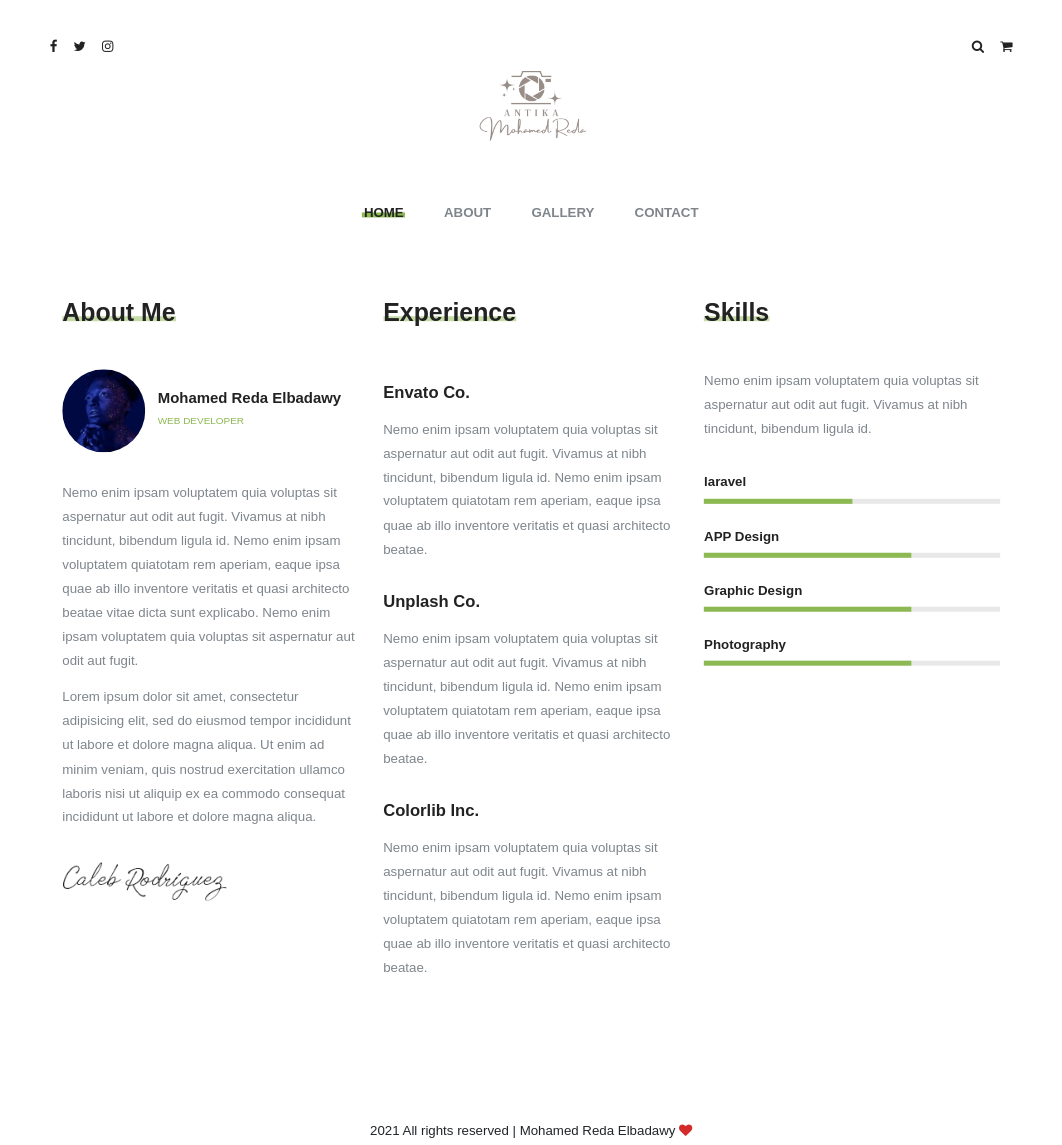
Repository: mohamedelbadawi/Simple-galley-using-laravel
Page: http://localhost/about
An editor plug-in stored every save of this project. The page is shown before and after the next save, followed by the edit.
The browser window is 1280 px wide. The pictures show the whole page, at 83% of full size.
The page is served by the project's Laravel application, run on PHP 8.4 with Laravel 8. Other server files are loaded and not shown.

Above is the page before, as saved 2021-09-02 00:28:03.

### Gallery/routes/web.php
<?php

use App\Http\Controllers\AlbumsController;
use App\Http\Controllers\ContactController;
use App\Http\Controllers\FrontController;
use App\Http\Controllers\PhotosController;
use Illuminate\Support\Facades\Auth;
use Illuminate\Support\Facades\Route;

/*
|--------------------------------------------------------------------------
| Web Routes
|--------------------------------------------------------------------------
|
| Here is where you can register web routes for your application. These
| routes are loaded by the RouteServiceProvider within a group which
| contains the "web" middleware group. Now create something great!
|
 */

Route::get('/', [FrontController::class, 'albumsIndex']);
Route::get('/home', [FrontController::class, 'albumsIndex'])->name('home');

Route::get('/gallery', [FrontController::class, 'galleryIndex'])->name('gallery');
Route::post('/contact', [ContactController::class, 'storeContact'])->name('contact.store');

Route::get('/about', function () {
    return view('gallery/about');
})->name('about');

Route::get('/contact', function () {
    return view('gallery/contact');
})->name('contact');
// Route::get('/blog', function () {
//     return view('gallery/blog');
// })->name('blog');

Route::prefix('admin')->group(function () {
    Auth::routes();
    Route::get('/dashboard', function () {
        return view('admin/dashboard');
    })->name('dashboard');
    Route::get('/albums/create', [AlbumsController::class, 'create'])->name('album.create');
    Route::get('/albums', [AlbumsController::class, 'index'])->name('album.index');
    Route::post('/albums/store', [AlbumsController::class, 'store'])->name('album.store');
    Route::get('album/{id}', [AlbumsController::class, 'showImages'])->name('album.show');
    Route::post('photos/upload/{id}', [PhotosController::class, 'upload'])->name('photos.upload');
    Route::get('/contacts', [ContactController::class, 'Contacts'])->name('contact.index');
});
Route::get('/admin', function () {
    return view('admin.Dashboard');
})->middleware('auth');

### Gallery/resources/views/gallery/about.blade.php
@extends('app')

@section('content')

    <!-- About Page -->
    <section class="about__page">
        <div class="container-fluid">
            <div class="row">
                <div class="col-lg-4">
                    <div class="about__text">
                        <h3 class="about__title">About Me</h3>
                        <div class="about__meta">
                            <img src="img/profile.jpg" alt="">
                            <div class="about__meta__info">
                                <h5>Mohamed Reda Elbadawy</h5>
                                <p>web developer</p>
                            </div>
                        </div>
                        <p>Nemo enim ipsam voluptatem quia voluptas sit aspernatur aut odit aut fugit. Vivamus at nibh
                            tincidunt, bibendum ligula id. Nemo enim ipsam voluptatem quiatotam rem aperiam, eaque ipsa quae
                            ab illo inventore veritatis et quasi architecto beatae vitae dicta sunt explicabo. Nemo enim
                            ipsam voluptatem quia voluptas sit aspernatur aut odit aut fugit.</p>
                        <p>Lorem ipsum dolor sit amet, consectetur adipisicing elit, sed do eiusmod tempor incididunt ut
                            labore et dolore magna aliqua. Ut enim ad minim veniam, quis nostrud exercitation ullamco
                            laboris nisi ut aliquip ex ea commodo consequat incididunt ut labore et dolore magna aliqua.</p>
                        <img src="img/signature.png" alt="">
                    </div>
                </div>
                <div class="col-lg-4">
                    <div class="experience__text">
                        <h3 class="about__title">Experience</h3>
                        <div class="experience__item">
                            <h4>Envato Co.</h4>
                            <p>Nemo enim ipsam voluptatem quia voluptas sit aspernatur aut odit aut fugit. Vivamus at nibh
                                tincidunt, bibendum ligula id. Nemo enim ipsam voluptatem quiatotam rem aperiam, eaque ipsa
                                quae ab illo inventore veritatis et quasi architecto beatae.</p>
                        </div>
                        <div class="experience__item">
                            <h4>Unplash Co.</h4>
                            <p>Nemo enim ipsam voluptatem quia voluptas sit aspernatur aut odit aut fugit. Vivamus at nibh
                                tincidunt, bibendum ligula id. Nemo enim ipsam voluptatem quiatotam rem aperiam, eaque ipsa
                                quae ab illo inventore veritatis et quasi architecto beatae.</p>
                        </div>
                        <div class="experience__item">
                            <h4>Colorlib Inc.</h4>
                            <p>Nemo enim ipsam voluptatem quia voluptas sit aspernatur aut odit aut fugit. Vivamus at nibh
                                tincidunt, bibendum ligula id. Nemo enim ipsam voluptatem quiatotam rem aperiam, eaque ipsa
                                quae ab illo inventore veritatis et quasi architecto beatae.</p>
                        </div>
                    </div>
                </div>
                <div class="col-lg-4">
                    <div class="skills__text">
                        <h3 class="about__title">Skills</h3>
                        <p>Nemo enim ipsam voluptatem quia voluptas sit aspernatur aut odit aut fugit. Vivamus at nibh
                            tincidunt, bibendum ligula id. </p>
                        <div class="single-progress-item">
                            <h6>laravel</h6>
                            <div class="progress-bar-style" data-progress="50"></div>
                        </div>
                        <div class="single-progress-item">
                            <h6>APP Design</h6>
                            <div class="progress-bar-style" data-progress="70"></div>
                        </div>
                        <div class="single-progress-item">
                            <h6>Graphic Design</h6>
                            <div class="progress-bar-style" data-progress="70"></div>
                        </div>
                        <div class="single-progress-item">
                            <h6>Photography</h6>
                            <div class="progress-bar-style" data-progress="70"></div>
                        </div>
                    </div>
                </div>
            </div>
        </div>
    </section>
    <!-- About Page end -->

@endsection

### Gallery/resources/views/app.blade.php
<!DOCTYPE html>
<html lang="zxx">

<head>
    <title>Boto | Photography HTML Template</title>
    <meta charset="UTF-8">
    <meta name="description" content="Boto Photo Studio HTML Template">
    <meta name="keywords" content="photo, html">
    <meta name="viewport" content="width=device-width, initial-scale=1.0">
    <!-- Stylesheets -->
    <link rel="stylesheet" href="css/bootstrap.min.css" />
    <link rel="stylesheet" href="css/font-awesome.min.css" />
    <link rel="stylesheet" href="css/slicknav.min.css" />
    <link rel="stylesheet" href="css/fresco.css" />
    <link rel="stylesheet" href="css/slick.css" />

    <!-- Main Stylesheets -->
    <link rel="stylesheet" href="css/style.css" />


    <!--[if lt IE 9]>
  <script src="https://oss.maxcdn.com/html5shiv/3.7.2/html5shiv.min.js"></script>
  <script src="https://oss.maxcdn.com/respond/1.4.2/respond.min.js"></script>
 <![endif]-->

</head>

<body>
    <!-- Page Preloder -->
    <div id="preloder">
        <div class="loader"></div>
    </div>

    <!-- Header Section -->
    <header class="header">
        <div class="container-fluid">
            <div class="row">
                <div class="col-sm-4 col-md-3 order-2 order-sm-1">
                    <div class="header__social">
                        <a href="#"><i class="fa fa-facebook"></i></a>
                        <a href="#"><i class="fa fa-twitter"></i></a>
                        <a href="#"><i class="fa fa-instagram"></i></a>
                    </div>
                </div>
                <div class="col-sm-4 col-md-6 order-1  order-md-2 text-center">
                    <a href="./index.html" class="site-logo">
                        <img src="img/logo.png" class="m-0" style="width: 180px; height:180px" alt="">
                    </a>
                </div>
                <div class="col-sm-4 col-md-3 order-3 order-sm-3">
                    <div class="header__switches">
                        <a href="#" class="search-switch"><i class="fa fa-search"></i></a>
                        <a href="#" class="nav-switch"><i class="fa fa-bars"></i></a>
                        <a href="#"><i class="fa fa-shopping-cart"></i></a>
                    </div>
                </div>
            </div>
            <nav class="main__menu">
                <ul class="nav__menu">
                    <li><a href="{{ route('home') }}" class="menu--active">Home</a></li>
                    <li><a href="{{ route('about') }}">About</a></li>
                    <li><a href="{{ route('gallery') }}">Gallery</a></li>
                    {{-- <li><a href="{{ route('blog') }}">Blog</a> --}}
                    </li>
                    <li><a href="{{ route('contact') }}">Contact</a></li>
                </ul>
            </nav>
        </div>
    </header>
    @yield('content')
    <footer class="footer__section">
        <div class="container">
            <div class="footer__copyright__text">
                <script>
                    document.write(new Date().getFullYear());
                </script> All rights reserved | Mohamed Reda Elbadawy <i class="fa fa-heart"
                    aria-hidden="true"></i>
            </div>
        </div>
    </footer>
    <!-- Footer Section end -->

    <!-- Search Begin -->
    <div class="search-model">
        <div class="h-100 d-flex align-items-center justify-content-center">
            <div class="search-close-switch">+</div>
            <form class="search-model-form">
                <input type="text" id="search-input" placeholder="Search here.....">
            </form>
        </div>
    </div>
    <!-- Search End -->

    <!--====== Javascripts & Jquery ======-->
    <script src="js/vendor/jquery-3.2.1.min.js"></script>
    <script src="js/jquery.slicknav.min.js"></script>
    <script src="js/slick.min.js"></script>
    <script src="js/fresco.min.js"></script>
    <script src="js/main.js"></script>

</body>

</html>

Loaded but not shown: Gallery/app/Http/Controllers/Auth/ConfirmPasswordController.php (common file); Gallery/app/Http/Controllers/Controller.php (common file); Gallery/public/css/bootstrap.min.css (library); Gallery/public/css/font-awesome.min.css (library); Gallery/public/css/slicknav.min.css (common file); Gallery/public/css/slick.css (common file); Gallery/public/js/jquery.slicknav.min.js (library); Gallery/public/js/slick.min.js (library); Gallery/public/js/fresco.min.js (library); Gallery/public/js/main.js (161 lines, source omitted); Gallery/public/css/fresco.css (1616 lines, source omitted); Gallery/public/css/style.css (1195 lines, source omitted)

After the next save:
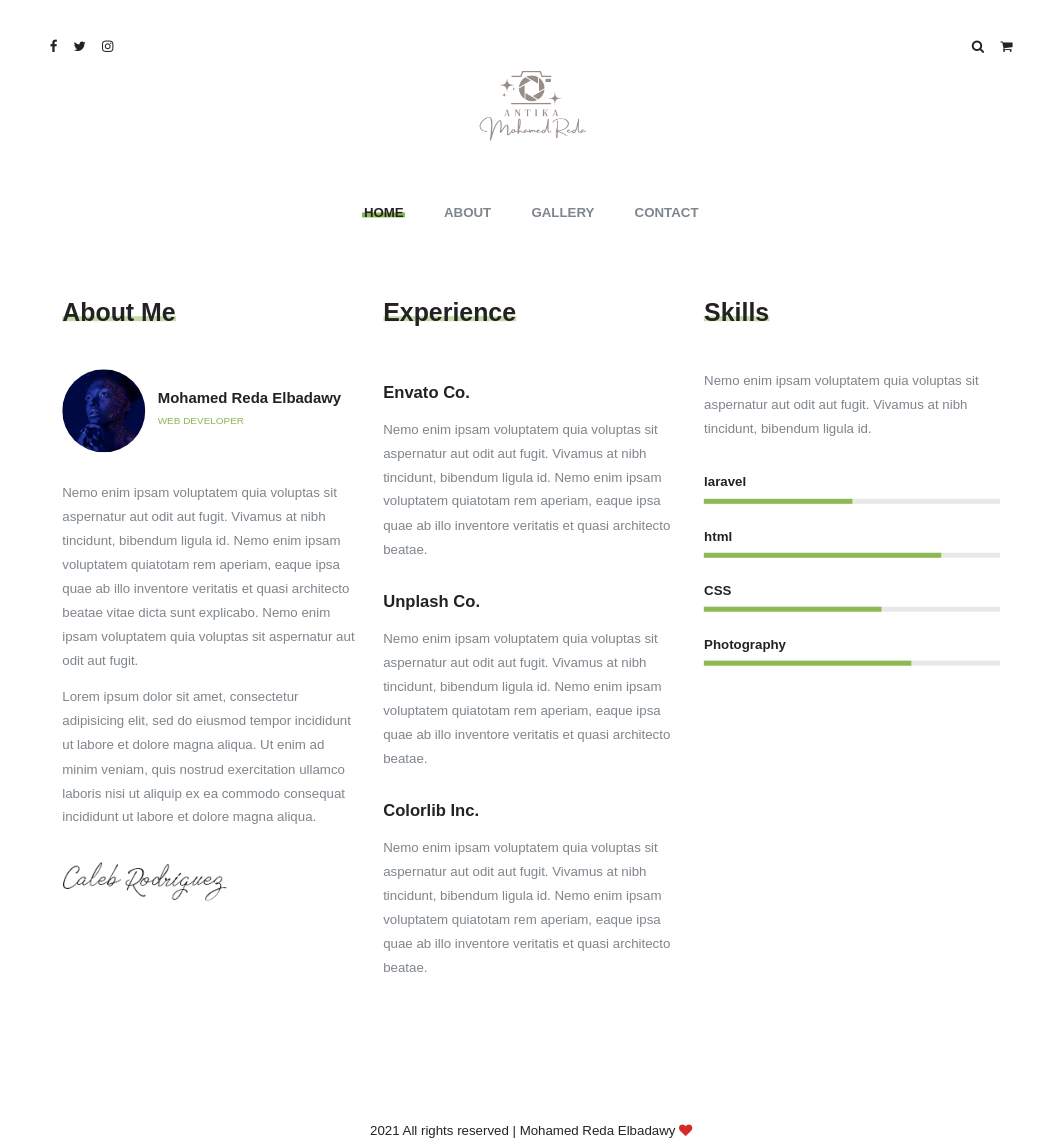
Saved 30 s later.
--- a/Gallery/resources/views/gallery/about.blade.php
+++ b/Gallery/resources/views/gallery/about.blade.php
@@ -59,12 +59,12 @@
                             <div class="progress-bar-style" data-progress="50"></div>
                         </div>
                         <div class="single-progress-item">
-                            <h6>APP Design</h6>
-                            <div class="progress-bar-style" data-progress="70"></div>
+                            <h6>html</h6>
+                            <div class="progress-bar-style" data-progress="80"></div>
                         </div>
                         <div class="single-progress-item">
-                            <h6>Graphic Design</h6>
-                            <div class="progress-bar-style" data-progress="70"></div>
+                            <h6>CSS</h6>
+                            <div class="progress-bar-style" data-progress="60"></div>
                         </div>
                         <div class="single-progress-item">
                             <h6>Photography</h6>
